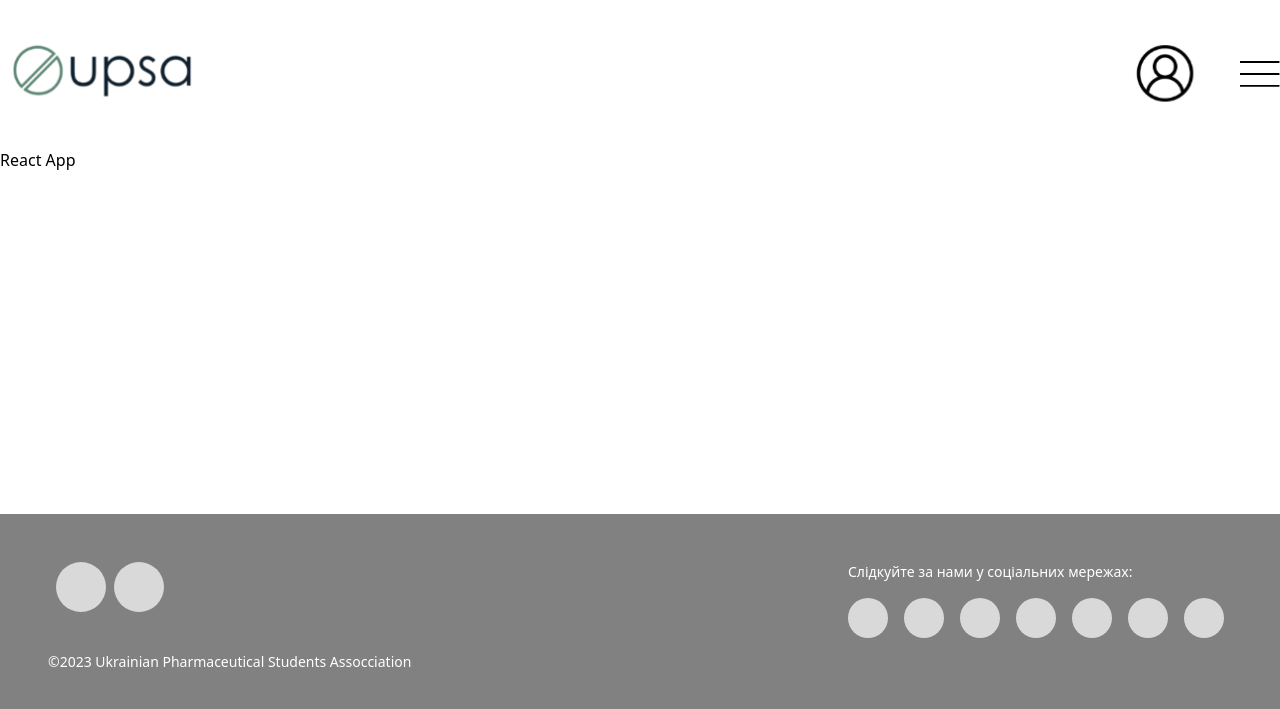
Repository: Alina-Khmilevska/UPSA-React
Page: /
The author's editor kept a copy of each file at every save. The page is drawn from the files as they stood at one save, then again after the next save.
The browser window is 1280 px wide. The pictures show the whole page.
The project was rebuilt for these pictures with package versions that can differ from the ones it lists, and the page was loaded fresh each time. Also part of the build but not shown: src/components/header/menu/burgermenu/Menu.css.

Above is the page before, as saved 2023-09-26 16:38:06.

After the next save:
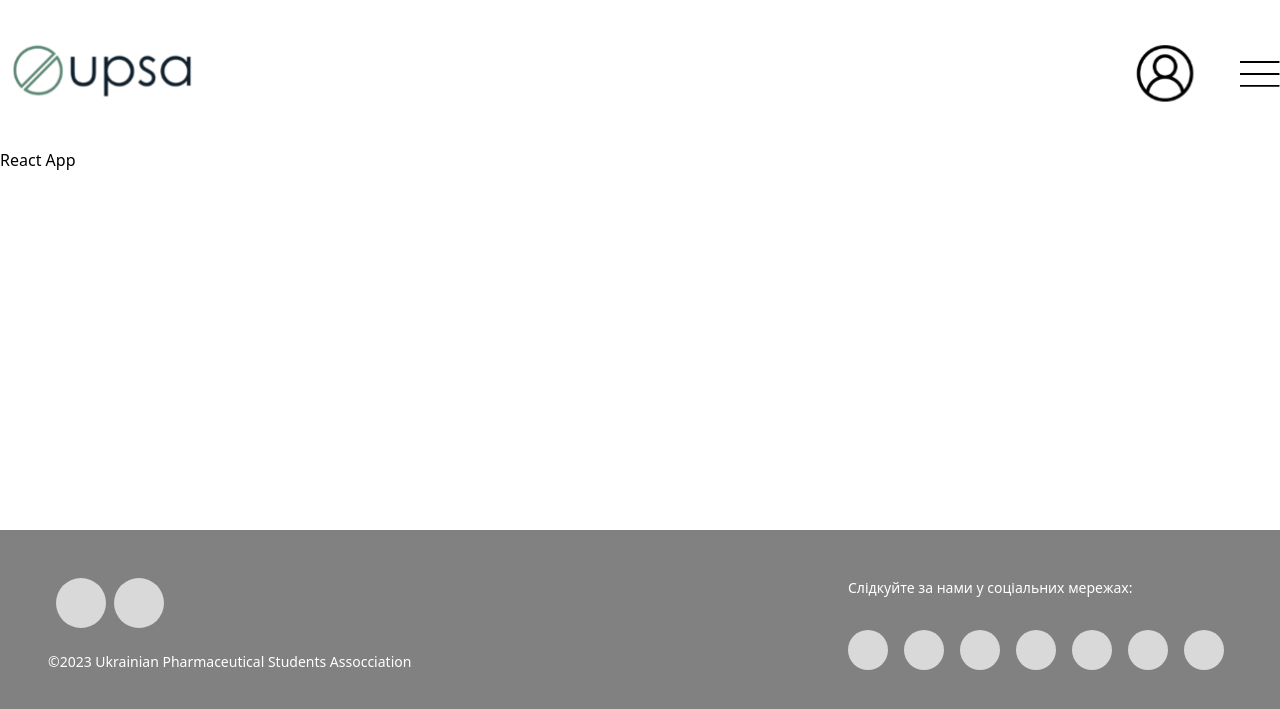
Saved 5 s later.
--- a/src/components/footer/Footer.jsx
+++ b/src/components/footer/Footer.jsx
@@ -9,7 +9,7 @@
                 <div className="flex flex-col justify-start">
                     <LanguageIcons />
 
-                    <p className="text-sm mt-10">
+                    <p className="text-sm mt-6">
                         &copy;{new Date().getFullYear()} Ukrainian Pharmaceutical Students Assocciation
                     </p>
                 </div>
@@ -17,7 +17,7 @@
                     <p className="text-sm">
                         Слідкуйте за нами у соціальних мережах:
                     </p>
-                    <div className="-mt-10">
+                    <div className="-mt-6">
                     <SocialIcons />
                     </div>
 
